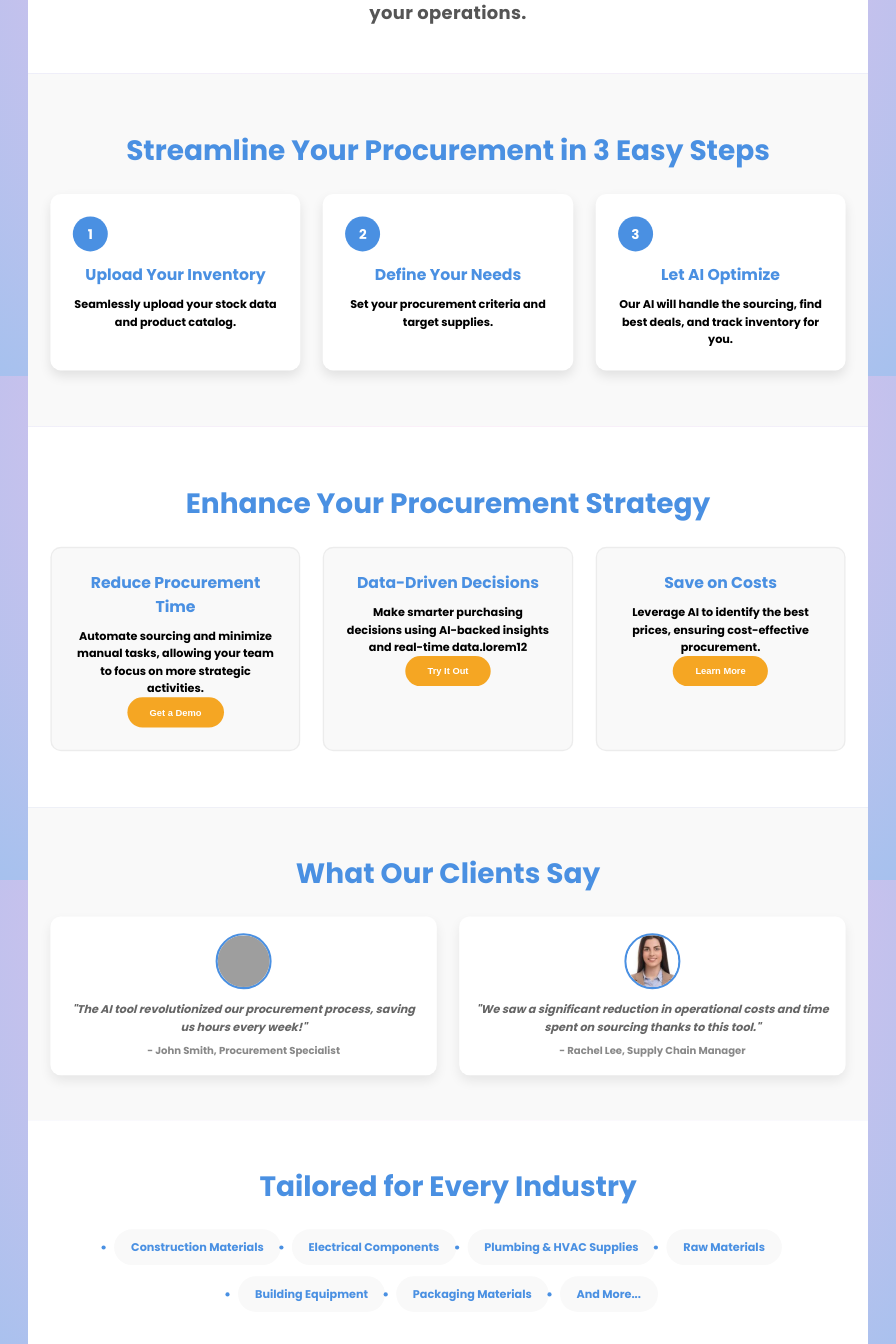
Repository: aabhashbasnet/SSNCorporation
Page: /who-we-serve/suppliers
The author's editor kept a copy of each file at every save. The page is drawn from the files as they stood at one save, then again after a run of saves.
The browser window is 1280 px wide. The pictures show the part of the page from y = 903 to 2823 px (the page is 3136 px tall), at 70% of full size.
Pictures or frames that could not be fetched are drawn as grey boxes. The project was rebuilt for these pictures with package versions that can differ from the ones it lists, and the page was loaded fresh each time. Also part of the build but not shown: src/components/Main/Main.jsx, src/components/Working/Working.css, src/components/Working/Working.jsx, src/components/Footer/Footer.jsx, src/pages/OurMission/OurMission.jsx, src/pages/LoginSignUp/LoginSignUp.css, src/pages/LoginSignUp/LoginSignUp.jsx, src/pages/Industries/Industries.jsx and 12 more.

Above is the page before, as saved 2025-02-11 13:17:21.

After the next 2 saves:
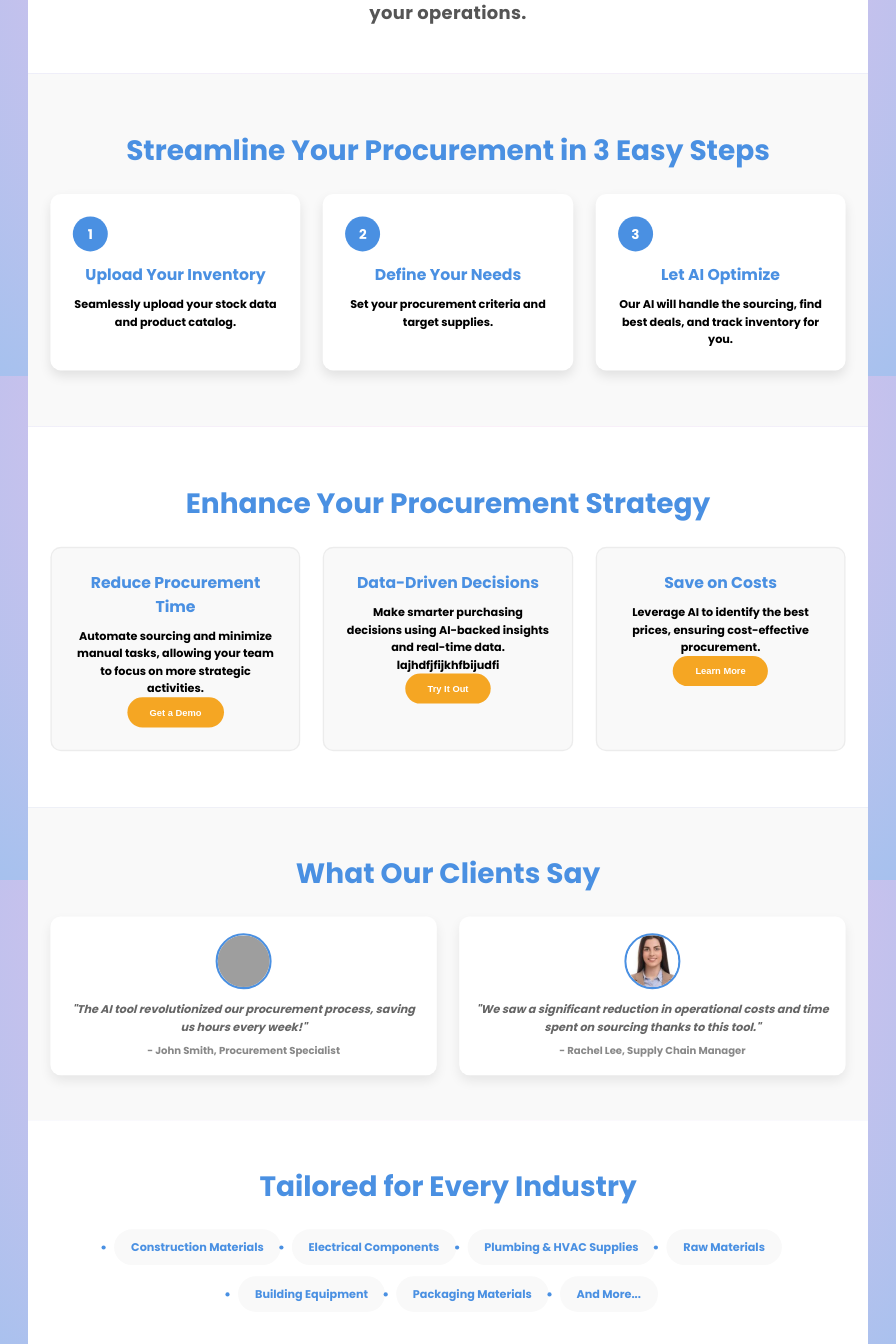
The 2 saves are shown as one change because they came seconds apart.
The last was saved 7 s later.
--- a/src/pages/WhoWeServe/Suppliers.jsx
+++ b/src/pages/WhoWeServe/Suppliers.jsx
@@ -62,7 +62,7 @@ const Suppliers = () => {
           <div className="benefit">
             <h3>Data-Driven Decisions</h3>
             <p>
-              Make smarter purchasing decisions using AI-backed insights and real-time data.lorem12
+              Make smarter purchasing decisions using AI-backed insights and real-time data. lajhdfjfijkhfbijudfi
             </p>
             <button className="cta-demo">Try It Out</button>
           </div>
